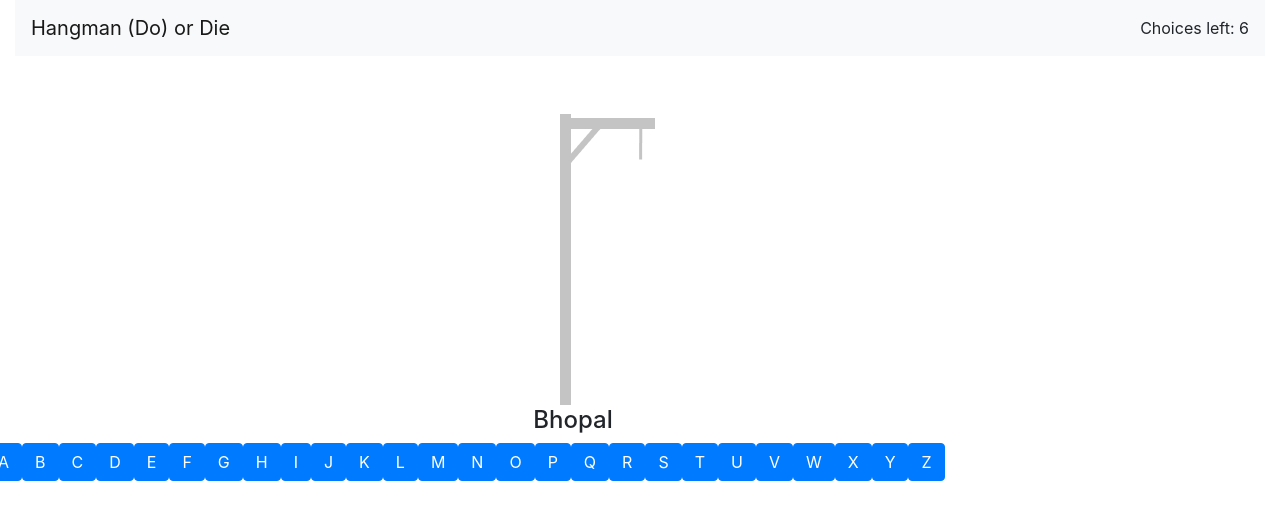
Repository: jatinhchanchlani/hangman
Page: /
The author's editor kept a copy of each file at every save. The page is drawn from the files as they stood at one save, then again after a run of saves.
The browser window is 1280 px wide. The pictures show the whole page.
The project was rebuilt for these pictures with package versions that can differ from the ones it lists, and the page was loaded fresh each time. Also part of the build but not shown: src/App.css.

Above is the page before, as saved 2020-10-24 15:59:48.

### src/index.js
import React from 'react';
import ReactDOM from 'react-dom';
import './index.css';
import App from './App';
import * as serviceWorker from './serviceWorker';
import 'bootstrap/dist/css/bootstrap.css';

ReactDOM.render( <
  React.StrictMode >
  <
  App / >
  <
  /React.StrictMode>,
  document.getElementById('root')
);

// If you want your app to work offline and load faster, you can change
// unregister() to register() below. Note this comes with some pitfalls.
// Learn more about service workers: https://bit.ly/CRA-PWA
serviceWorker.unregister();

### src/App.js
import React from 'react';
import './App.css';
import Game from './components/game';

function App() {
  return ( <
    Game / >
  );
}

export default App;

### src/components/game.jsx
import React, { Component } from "react";
import Image from "./image";
import Header from "./header";
import Letters from "./letters";
import { getRandomCity } from "../model/cities";

const MAX_CHOICES = 6;

class Game extends Component {
  state = { maxChoices: MAX_CHOICES, choicesLeft: MAX_CHOICES };
  render() {
    return (
      <div className="container-fluid">
        <Header choicesLeft={this.state.choicesLeft} />
        <div className="row">
          <div className="col col-sm-5" />
          <div>
            <Image
              choicesLeft={this.state.choicesLeft}
              maxChoices={this.state.maxChoices}
            />
          </div>
        </div>
        <div className="row">
          <div className="col col-sm-5" />
          <h4>{getRandomCity()}</h4>
        </div>
        <div className="row">
          <div className="col col-sm-5" />
          <Letters />
        </div>
      </div>
    );
  }
}

export default Game;

### src/components/image.jsx
import React, { Component } from "react";

class Image extends Component {
  render() {
    const { choicesLeft, maxChoices } = this.props;
    const imagePath = maxChoices - choicesLeft + ".jpg";
    return (
      <img
        className="card-image image-fluid"
        src={require("../images/" + imagePath)}
        alt={imagePath}
      />
    );
  }
}

export default Image;

### src/components/header.jsx
import React, { Component } from "react";

class Header extends Component {
  render() {
    return (
      <nav class="navbar navbar-expand-md navbar-light bg-light">
        <div class="navbar-collapse collapse w-100 order-1 order-md-0 dual-collapse2">
          <div class="navbar-brand">Hangman (Do) or Die</div>
        </div>
        <div class="navbar-collapse collapse w-100 order-3 dual-collapse2">
          <ul class="navbar-nav ml-auto">
            <li class="nav-item">
              <span class="nav-item">
                Choices left: {this.props.choicesLeft}
              </span>
            </li>
          </ul>
        </div>
      </nav>
    );
  }
}

export default Header;

### src/components/letters.jsx
import React, { Component } from "react";

class Letters extends Component {
  render() {
    return (
      <div className="row">
        {Array(26)
          .fill()
          .map((_, index) => String.fromCharCode("A".charCodeAt(0) + index))
          .map((char) => (
            <button key={char} className="btn btn-primary">
              {char}
            </button>
          ))}
      </div>
    );
  }
}

export default Letters;

### src/model/cities.js
const MIN = 0;
const MAX = 24;

const cities = {
    0: "Mumbai",
    1: "New Delhi",
    2: "Chennai",
    3: "Hyderabad",
    4: "Bengaluru",
    5: "Ahmedabad",
    6: "Jaipur",
    7: "Kolkata",
    8: "Lucknow",
    9: "Bhopal",
    10: "Chandigarh",
    11: "Patna",
    12: "Jabalpur",
    13: "Pune",
    14: "Surat",
    15: "Indore",
    16: "Kanpur",
    17: "Visakhapatnam",
    18: "Agra",
    19: "Varanasi",
    20: "Amritsar",
    21: "Udaipur",
    22: "Noida",
    23: "Ludhiana",
    24: "Gwalior",
}

// Returns a random number between min and max. Min and max are both inclusive
export function getRandomIntInclusive(min, max) {
    min = Math.ceil(min);
    max = Math.floor(max);
    return Math.floor(Math.random() * (max - min + 1) + min);
}

export function getRandomCity() {
    return cities[getRandomIntInclusive(MIN, MAX)];
}

Loaded but not shown: public/index.html (common file); src/index.css (common file); src/serviceWorker.js (common file)

After the next 4 saves:
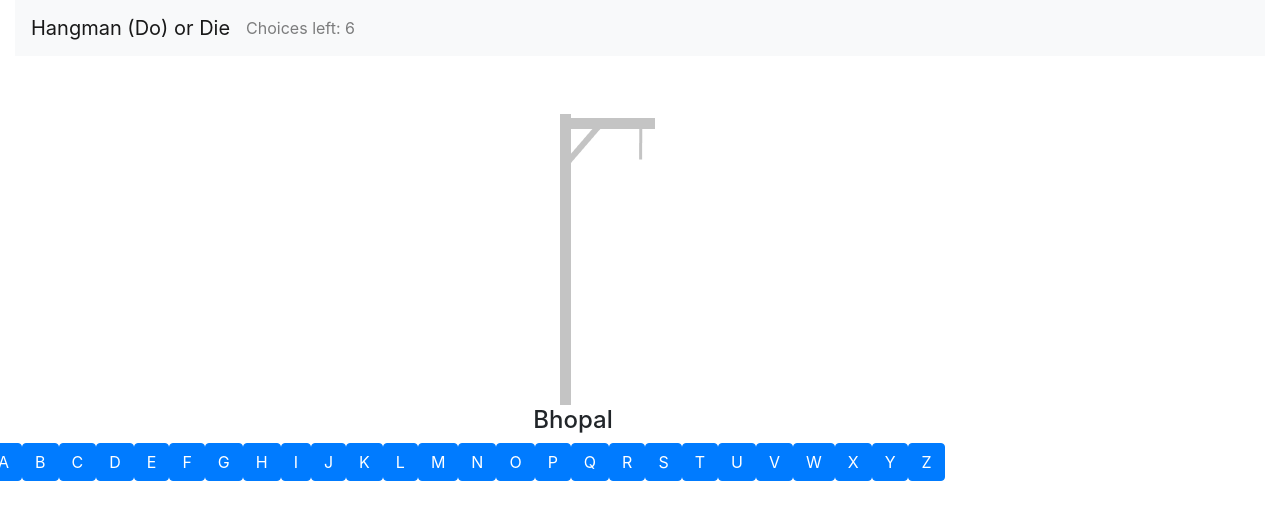
The 4 saves are shown as one change because 3 did not build or start.
The last was saved 4 min 53 s later.
--- a/src/components/header.jsx
+++ b/src/components/header.jsx
@@ -3,18 +3,13 @@ import React, { Component } from "react";
 class Header extends Component {
   render() {
     return (
-      <nav class="navbar navbar-expand-md navbar-light bg-light">
-        <div class="navbar-collapse collapse w-100 order-1 order-md-0 dual-collapse2">
-          <div class="navbar-brand">Hangman (Do) or Die</div>
-        </div>
-        <div class="navbar-collapse collapse w-100 order-3 dual-collapse2">
-          <ul class="navbar-nav ml-auto">
-            <li class="nav-item">
-              <span class="nav-item">
-                Choices left: {this.props.choicesLeft}
-              </span>
-            </li>
-          </ul>
+      <nav className="navbar navbar-expand-lg navbar-light bg-light">
+        <span className="navbar-brand">Hangman (Do) or Die</span>
+
+        <div className="collapse navbar-collapse" id="navbarText">
+          <span className="navbar-text">
+            Choices left: {this.props.choicesLeft}
+          </span>
         </div>
       </nav>
     );
